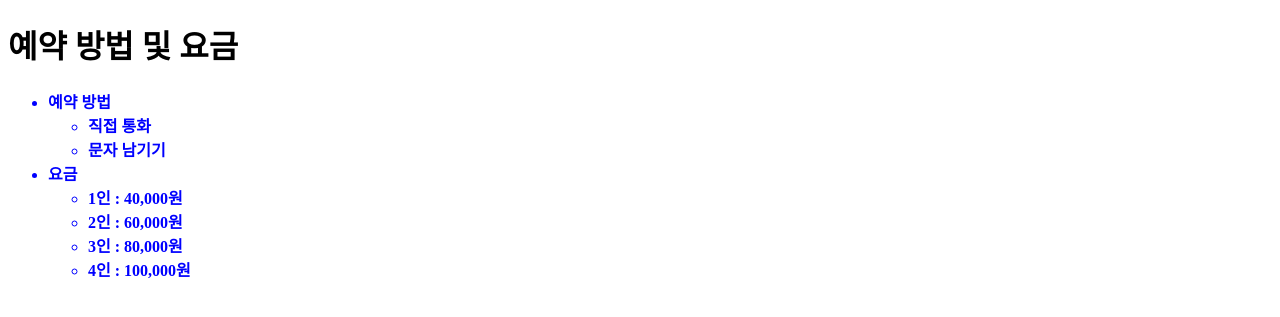
Repository: b1996om/HTML-CSS_study
Page: pro08/public/selector-3.html
An editor plug-in stored every save of this project. The page is shown before and after the next save, followed by the edit.
The browser window is 1280 px wide. The pictures show the whole page.

Above is the page before, as saved 2022-12-08 02:49:51.

### pro08/public/selector-3.html
<!DOCTYPE html>
<html lang="ko">
<head>
	<meta charset="utf-8">
	<title>형제 선택자</title>
	<style>
		h1~ul {  /* h1 요소 다음의 첫 번째 ul 요소에 적용할 스타일 */
			color:blue;
			font-weight:bold;
		}
	</style>
</head>
<body>
	<div id="container">
		<h1>예약 방법 및 요금</h1>
		<ul>
			<li>예약 방법
				<ul>
					<li>직접 통화</li>
					<li>문자 남기기</li>
				</ul>
			</li>
				<li>요금
				<ul>
					<li>1인 : 40,000원</li>
					<li>2인 : 60,000원</li>
					<li>3인 : 80,000원</li>
					<li>4인 : 100,000원</li>
				</ul>
			</li>
		</ul>
	</div>
</html>

After the next save:
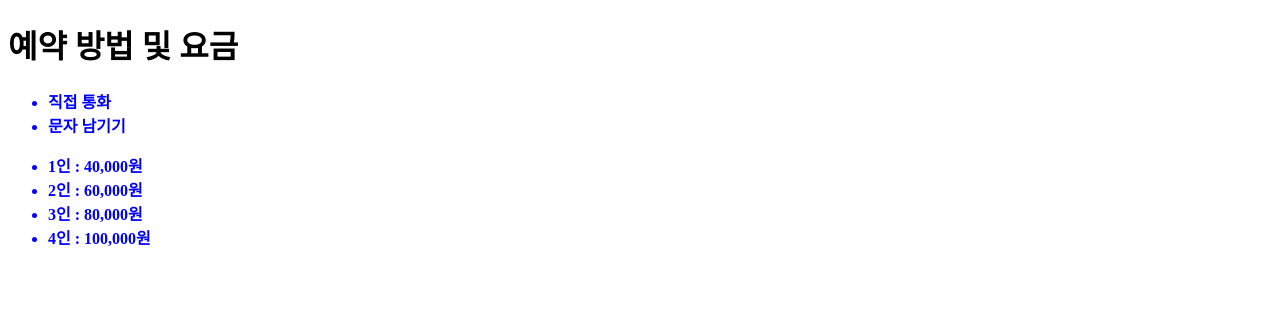
Saved 90 s later.
--- a/pro08/public/selector-3.html
+++ b/pro08/public/selector-3.html
@@ -14,20 +14,14 @@
 	<div id="container">
 		<h1>예약 방법 및 요금</h1>
 		<ul>
-			<li>예약 방법
-				<ul>
-					<li>직접 통화</li>
-					<li>문자 남기기</li>
-				</ul>
-			</li>
-				<li>요금
-				<ul>
-					<li>1인 : 40,000원</li>
-					<li>2인 : 60,000원</li>
-					<li>3인 : 80,000원</li>
-					<li>4인 : 100,000원</li>
-				</ul>
-			</li>
+			<li>직접 통화</li>
+			<li>문자 남기기</li>
+		</ul>
+		<ul>
+			<li>1인 : 40,000원</li>
+			<li>2인 : 60,000원</li>
+			<li>3인 : 80,000원</li>
+			<li>4인 : 100,000원</li>
 		</ul>
 	</div>
 </html>
